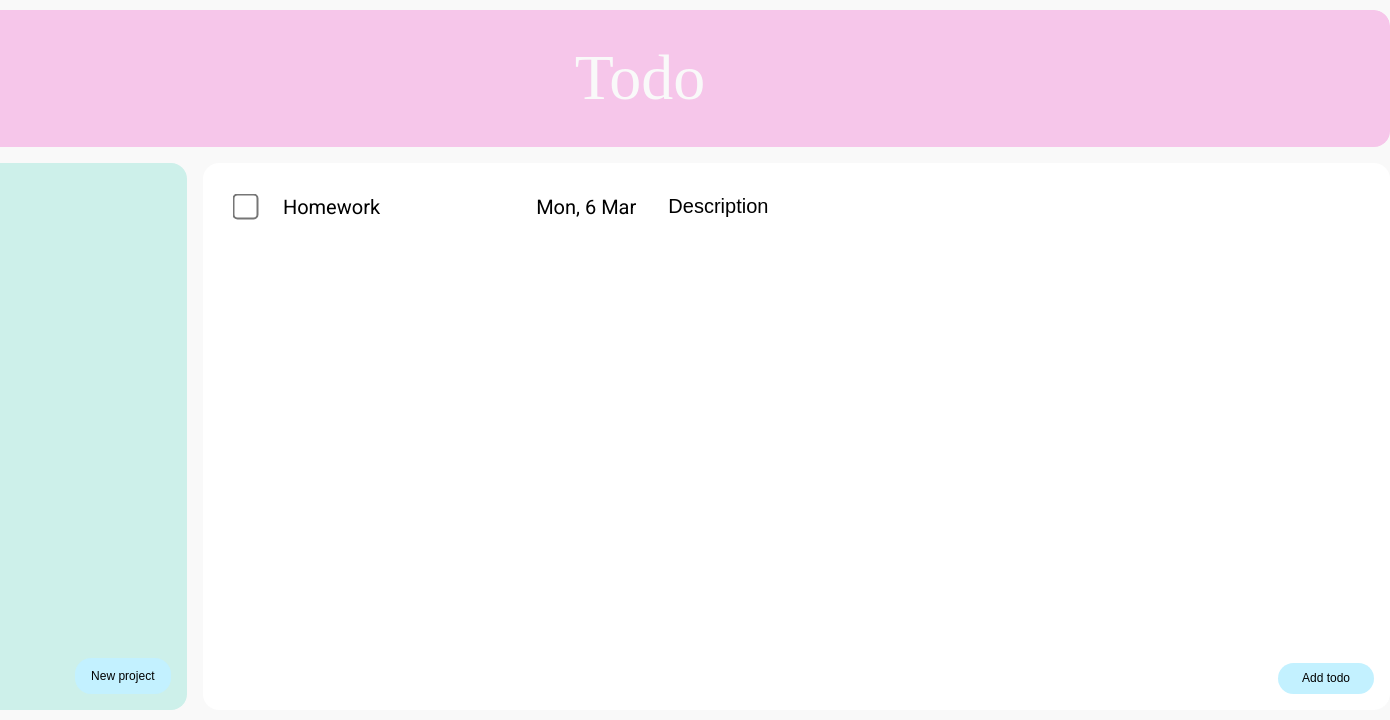
Repository: yeetzpxoci/todo-list
Page: dist/index.html
These files come from the project's save history. The page is drawn as it stood at one moment and after the next save; the edit follows.
The browser window is 1280 px wide. The page is 1390 px wide, so the pictures cover 1390 px, including what lies to the right of the window. The pictures show the whole page.
Some web fonts or font styles are not loaded; a fallback is used.

Above is the page before, as saved 2023-03-07 20:41:10.
Console error: ReferenceError: projectNameSubmit is not defined

After the next save:
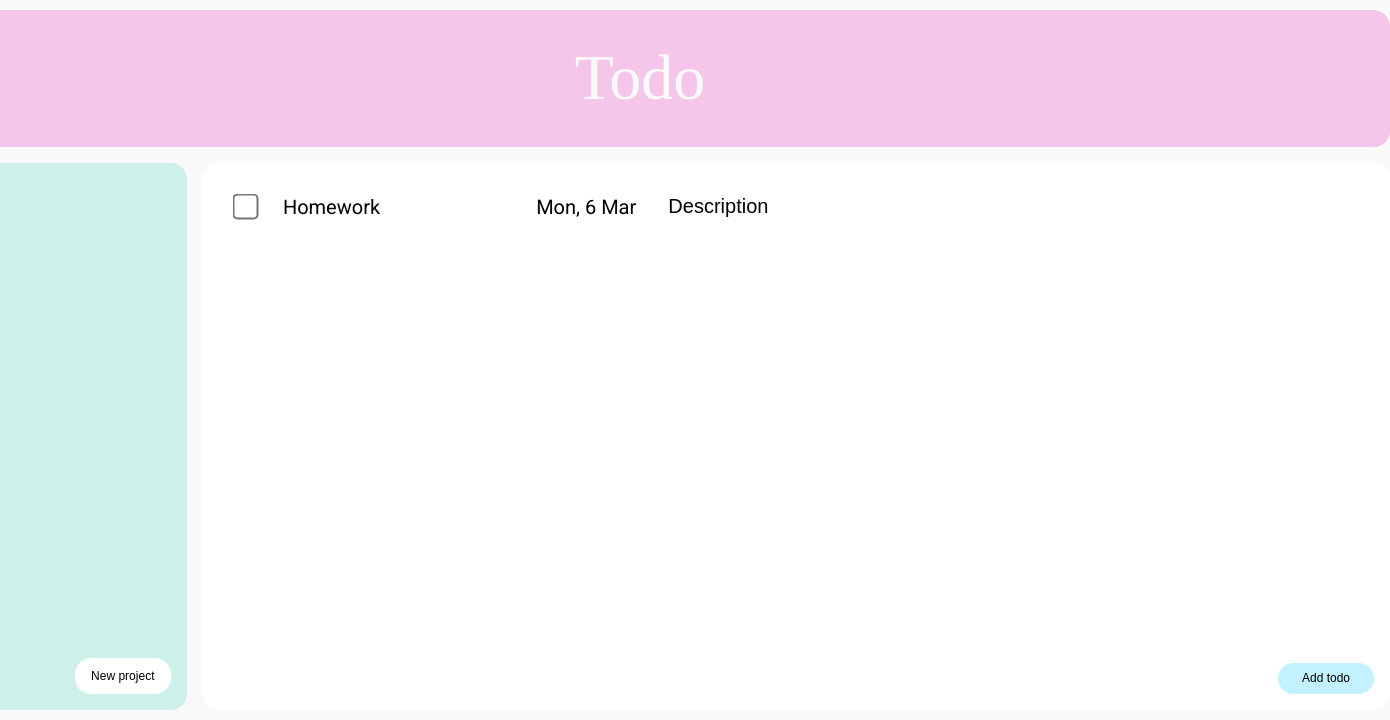
Saved 47 s later.
--- a/dist/styles.css
+++ b/dist/styles.css
@@ -76,7 +76,7 @@ p {
     margin-top: auto;
     margin-right: 16px;
     margin-bottom: 16px;
-    background-color: #c3f1ff;
+    background-color: #FFFFFF;
     cursor: pointer;
 }
 
